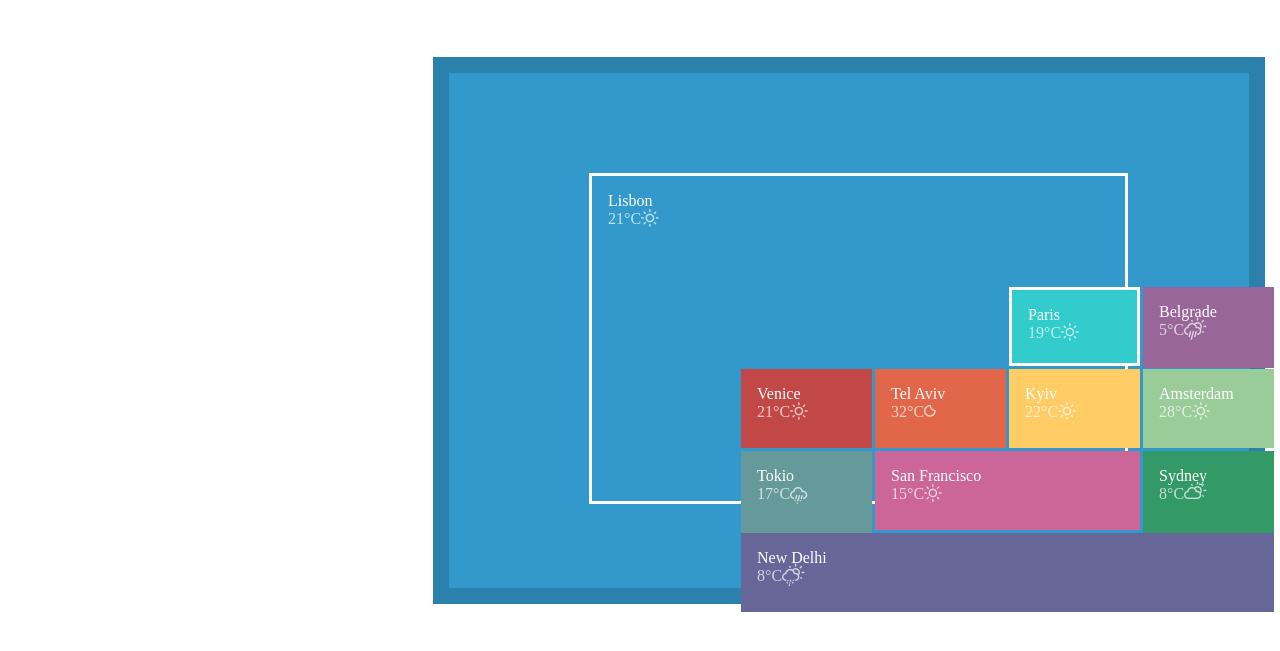
Repository: shpakovskaya/github.io
Page: boxsizing/weatherforecast/index.html
The author's editor kept a copy of each file at every save. The page is drawn from the files as they stood at one save, then again after the next save.
The browser window is 1280 px wide. The pictures show the whole page.

Above is the page before, as saved 2021-11-27 22:57:50.

### boxsizing/weatherforecast/index.html
<!DOCTYPE html>
<html lang="en">
  <head>
    <meta charset="UTF-8" />
    <meta http-equiv="X-UA-Compatible" content="IE=edge" />
    <meta name="viewport" content="width=device-width, initial-scale=1.0" />
    <link
      rel="stylesheet"
      href="https://cdnjs.cloudflare.com/ajax/libs/normalize/8.0.1/normalize.min.css"
      integrity="sha512-NhSC1YmyruXifcj/KFRWoC561YpHpc5Jtzgvbuzx5VozKpWvQ+4nXhPdFgmx8xqexRcpAglTj9sIBWINXa8x5w=="
      crossorigin="anonymous"
      referrerpolicy="no-referrer"
    />
    <link
      rel="stylesheet"
      href="./icons/weather-icons-master/css/weather-icons.min.css"
    />
    <link rel="stylesheet" href="./style.css" />

    <link
      rel="shortcut icon"
      href="./premium-icon-satellite-6129641.ico"
      type="image/x-icon"
    />
    <title>Weatherforecast</title>
  </head>
  <body>
    <div class="conteiner">
      <!-- Main content -->
      <div class="items__wrapper">
        <ul class="c-items__wrapper">
          <li class="e-item__1">
            Lisbon <br /><span>21&degC<i class="wi wi-day-sunny"></i></span>
          </li>
          <li class="e-item__2">
            Paris <br /><span>19&degC<i class="wi wi-day-sunny"></i></span>
          </li>
          <li class="e-item__3">
            Belgrade <br /><span>5&degC<i class="wi wi-day-rain"></i></span>
          </li>
          <li class="e-item__4">
            Venice <br /><span>21&degC<i class="wi wi-day-sunny"></i></span>
          </li>
          <li class="e-item__5">
            Tel Aviv <br /><span>32&degC<i class="wi wi-night-clear"></i></span>
          </li>
          <li class="e-item__6">
            Kyiv <br /><span>22&degC<i class="wi wi-day-sunny"></i> </span>
          </li>
          <li class="e-item__7">
            Amsterdam <br /><span>28&degC<i class="wi wi-day-sunny"></i></span>
          </li>
          <li class="e-item__8">
            Tokio <br /><span>17&degC<i class="wi wi-hail"></i></span>
          </li>
          <li class="e-item__9">
            San Francisco <br /><span
              >15&degC<i class="wi wi-day-sunny"></i
            ></span>
          </li>
          <li class="e-item__10">
            Sydney <br /><span>8&degC<i class="wi wi-day-cloudy"></i> </span>
          </li>
          <li class="e-item__11">
            New Delhi <br /><span>8&degC<i class="wi wi-day-sleet"></i></span>
          </li>
        </ul>
      </div>
    </div>
  </body>
</html>

### boxsizing/weatherforecast/style.css
* {
  box-sizing: border-box;
  margin: 0;
  padding: 0;
}

.conteiner {
  width: 832px;
  height: 547px;
  position: relative;
  top: 57px;
  left: 433px;
  border: 16px solid #2b81ac;
  background-color: #3399cc;
}

.items__wrapper {
  position: absolute;
  width: 539px;
  height: 331px;
  left: 140px;
  top: 100px;
  border: 3px solid #ffffff;
  transition: all 0.1s ease-in;
  color: #ffffff;
}

li {
  list-style: none;
  padding: 16px;
}

span {
  opacity: 0.7;
}

.c-items__wrapper {
}
.e-item__1 {
  display: inline-block;
  align-items: center;
  /* position: absolute; */
  width: 265px;
  height: 79px;
  left: 149px;
  top: 111px;
  /* border: 3px solid #ffffff; */
  /* display: inline-flex; */
  /* justify-content: center; */
}

.e-item__2 {
  position: absolute;
  width: 131px;
  height: 79px;
  left: 417px;
  top: 111px;
  border: 3px solid #ffffff;
  background: #33cccc;
}

.e-item__3 {
  position: absolute;
  width: 131px;
  height: 81px;
  left: 551px;
  top: 111px;
  background: #996699;
}

.e-item__4 {
  position: absolute;
  width: 131px;
  height: 79px;
  left: 149px;
  top: 193px;
  background: #c24747;
}

.e-item__5 {
  position: absolute;
  width: 131px;
  height: 79px;
  left: 283px;
  top: 193px;
  background: #e2674a;
}

.e-item__6 {
  position: absolute;
  width: 131px;
  height: 79px;
  left: 417px;
  top: 193px;
  background: #ffcc66;
}

.e-item__7 {
  position: absolute;
  width: 131px;
  height: 79px;
  left: 551px;
  top: 193px;
  background: #99cc99;
}

.e-item__8 {
  position: absolute;
  width: 131px;
  height: 83px;
  left: 149px;
  top: 275px;
  background: #669999;
}

.e-item__9 {
  position: absolute;
  width: 265px;
  height: 79px;
  left: 283px;
  top: 275px;
  background: #cc6699;
}

.e-item__10 {
  position: absolute;
  width: 131px;
  height: 83px;
  left: 551px;
  top: 275px;
  background: #339966;
}

.e-item__11 {
  position: absolute;
  width: 533px;
  height: 79px;
  left: 149px;
  top: 357px;
  background: #666699;
}

Loaded but not shown: boxsizing/weatherforecast/icons/weather-icons-master/css/weather-icons.min.css (library)

After the next save:
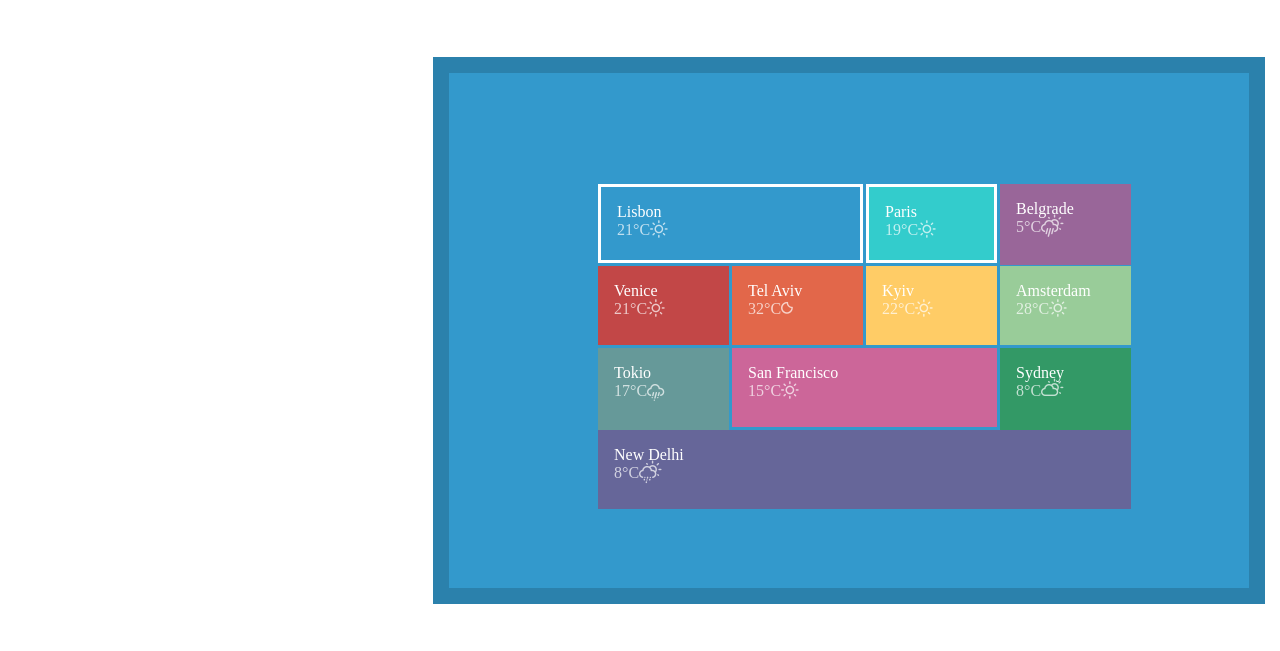
Saved 56 s later.
--- a/boxsizing/weatherforecast/style.css
+++ b/boxsizing/weatherforecast/style.css
@@ -15,12 +15,12 @@
 }
 
 .items__wrapper {
-  position: absolute;
+  /* position: absolute;
   width: 539px;
   height: 331px;
   left: 140px;
   top: 100px;
-  border: 3px solid #ffffff;
+  border: 3px solid #ffffff; */
   transition: all 0.1s ease-in;
   color: #ffffff;
 }
@@ -39,12 +39,12 @@ span {
 .e-item__1 {
   display: inline-block;
   align-items: center;
-  /* position: absolute; */
+  position: absolute;
   width: 265px;
   height: 79px;
   left: 149px;
   top: 111px;
-  /* border: 3px solid #ffffff; */
+  border: 3px solid #ffffff;
   /* display: inline-flex; */
   /* justify-content: center; */
 }
